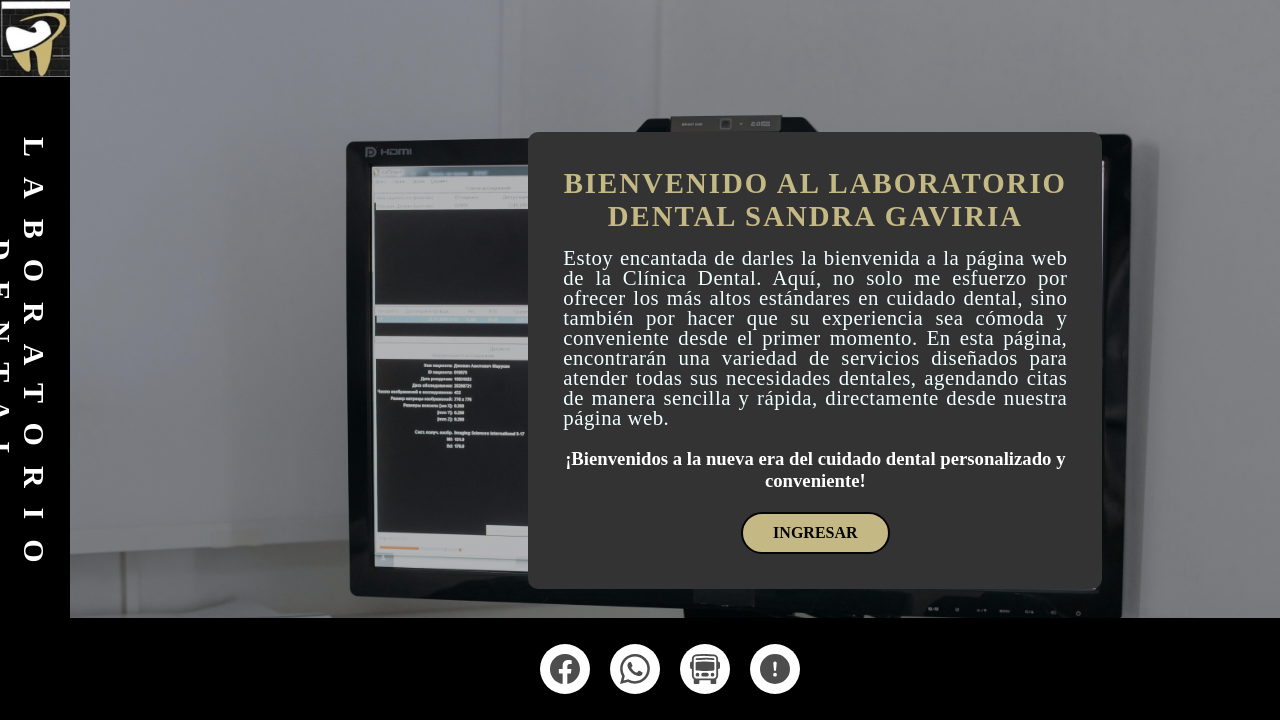
Repository: IIntef/ProyectoDental2.0
Page: Proyecto/Proyecto/Fer.html
An editor plug-in stored every save of this project. The page is shown before and after the next save, followed by the edit.
The browser window is 1280 px wide. The pictures show the whole page.

Above is the page before, as saved 2024-06-20 17:38:25.

After the next save:
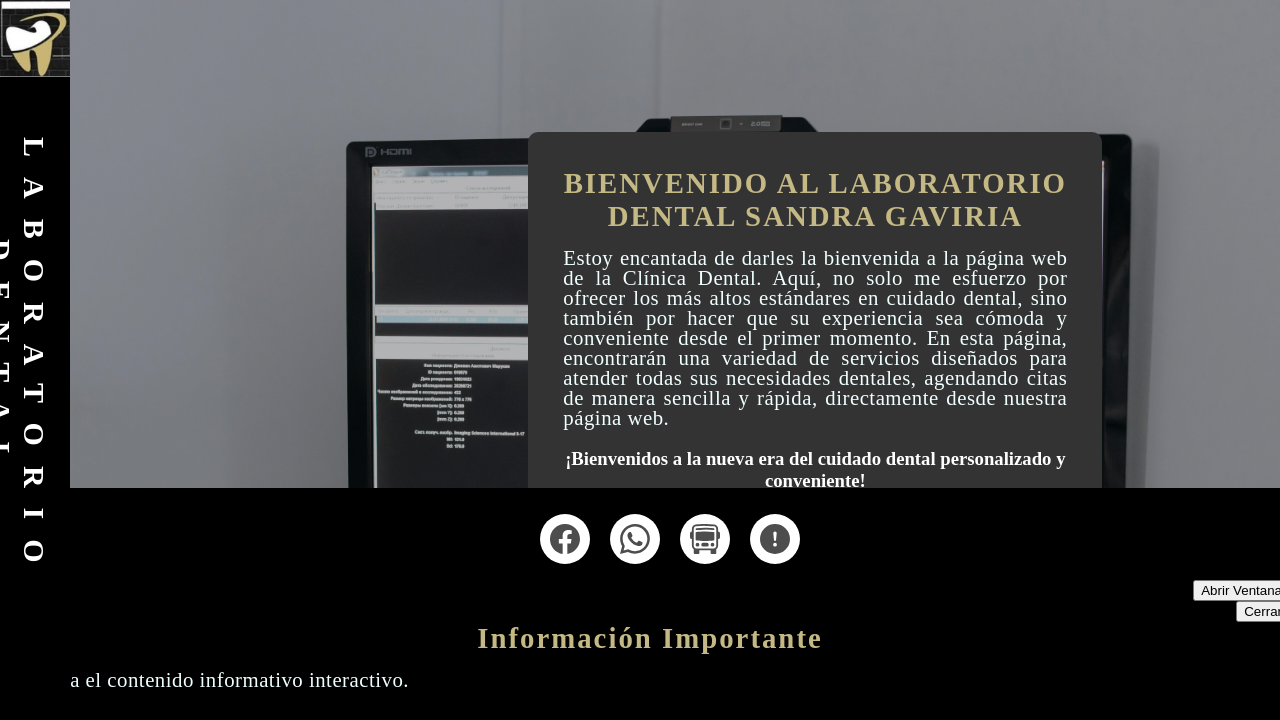
Not found: Proyecto/Proyecto/script.js
Saved 19 h 56 min later.
--- a/Proyecto/Proyecto/Fer.html
+++ b/Proyecto/Proyecto/Fer.html
@@ -68,6 +68,15 @@
             <div class="tooltip">Sobre Nosotros</div>
             </li>
         </ul>
+        <button id="abrirVentana">Abrir Ventana</button>
+
+        <div id="ventanaInformativa" class="ventana">
+            <button id="cerrarVentana">Cerrar</button>
+            <h2>Información Importante</h2>
+            <p>Aquí va el contenido informativo interactivo.</p>
+        </div>
+
+        <script src="script.js"></script>
     </footer>
 </body>
 </html>
